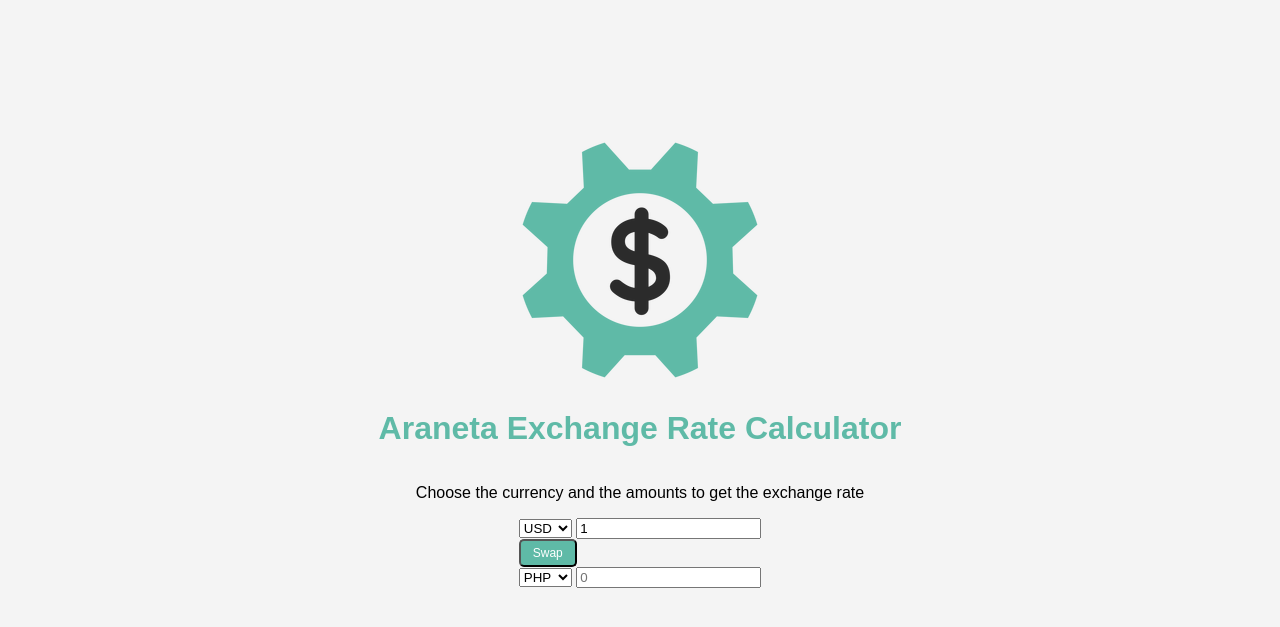
Repository: kenneth1175/ExchangeRateCalculator
Page: index.html
These files come from the project's save history. The page is drawn as it stood at one moment and after the next save; the edit follows.
The browser window is 1280 px wide. The pictures show the whole page.

Above is the page before, as saved 2025-10-03 22:53:18.

After the next save:
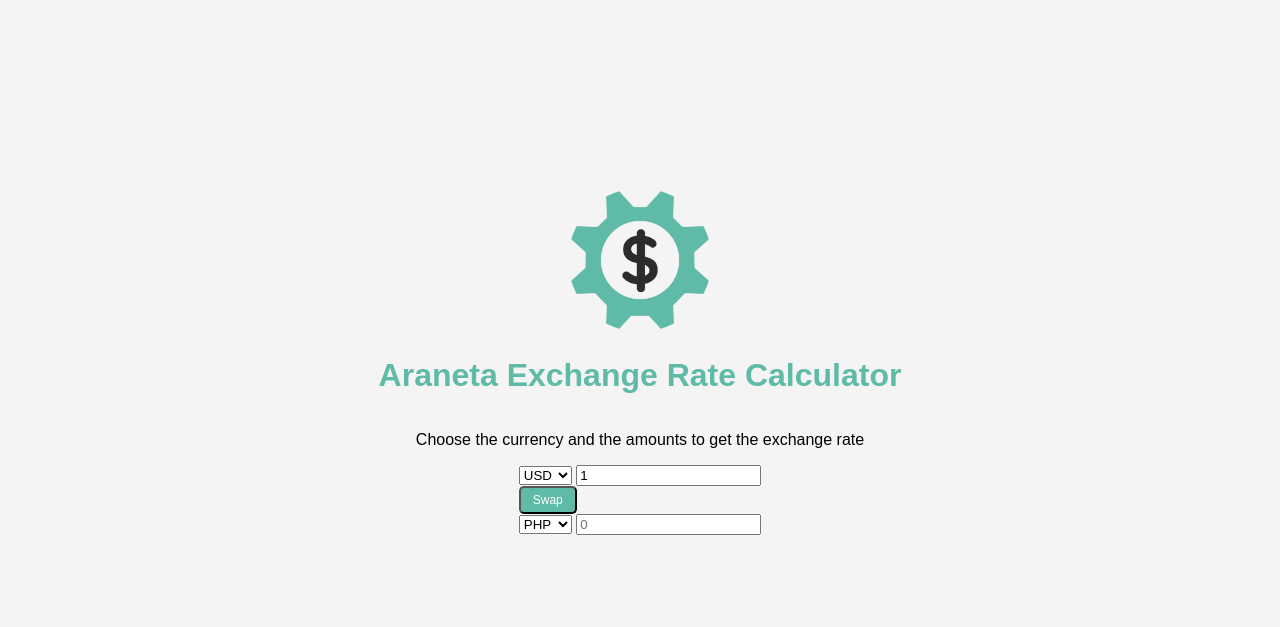
Saved 14 s later.
--- a/style.css
+++ b/style.css
@@ -36,5 +36,5 @@ p {
 }
 
 .money-img {
-  150px
-};
+  width: 150px;
+}
